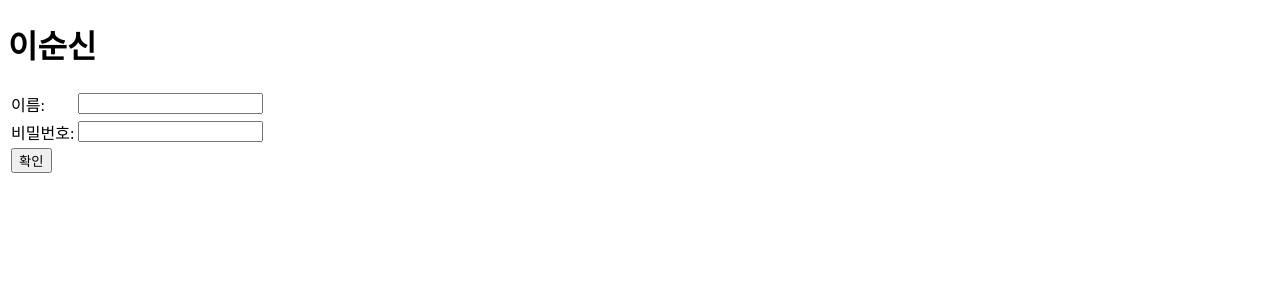
Repository: htsgts/JavaFramework
Page: workspace/Chapter01/src/main/resources/static/first.html
The author's editor kept a copy of each file at every save. The page is drawn from the files as they stood at one save, then again after the next save.
The browser window is 1280 px wide. The pictures show the whole page.

Above is the page before, as saved 2024-03-11 00:17:24.

After the next save:
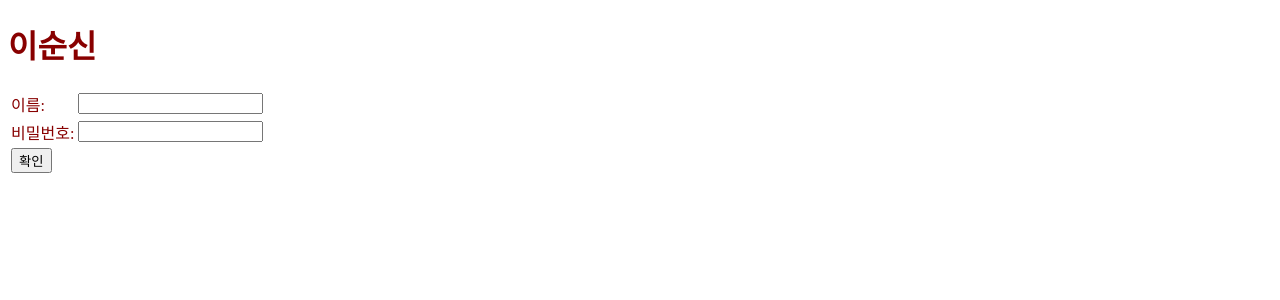
Saved 84 s later.
--- a/workspace/Chapter01/src/main/resources/static/first.html
+++ b/workspace/Chapter01/src/main/resources/static/first.html
@@ -5,6 +5,7 @@
 		<style>
 			body {
 				font-family: 궁서체, 바탕체;
+				color:#800;
 				}
 		</style>
 	</head>
